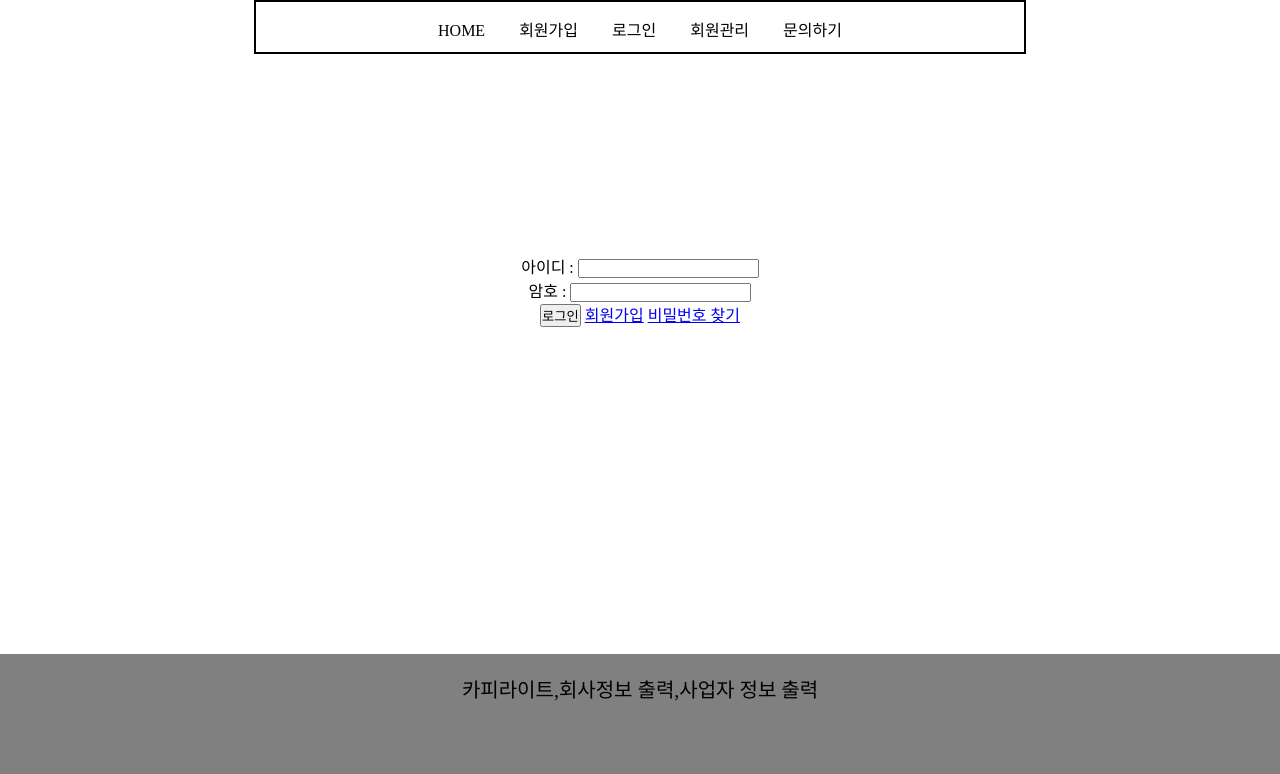
Repository: BangHoJung/jsp2
Page: http://localhost/MemberManager_0111__/member/login.jsp
An editor plug-in stored every save of this project. The page is shown before and after the next save, followed by the edit.
The browser window is 1280 px wide. The pictures show the whole page.
The page is served by Tomcat 9. Other server files are loaded and not shown.

Above is the page before, as saved 2021-01-12 05:20:52.

### MemberManager(0111~)/WebContent/member/login.jsp
<%@ page language="java" contentType="text/html; charset=UTF-8"
    pageEncoding="UTF-8"%>
<!DOCTYPE html>
<html>
<head>
<meta charset="UTF-8">
<title>Insert title here</title>
<script src="https://ajax.googleapis.com/ajax/libs/jquery/3.5.1/jquery.min.js"></script>
<script type="text/javascript">
	$(function() {

	});
</script>

<style type="text/css">
	* {
		margin:0;
		padding:0;
	}

	#container {
		width:100%;
		text-align: center;
	}

	nav {
		padding-top:200px;
		height: 400px;
	}

	button {
		display: inline-block;
	}
</style>
</head>
<body>
	<!-- header.jsp를 현재 문서에 포함 -->
	<div id="container">
		<jsp:include page="/template/header.jsp" flush="false"></jsp:include>

		<nav>
			<%
				boolean flag = false;
				if(session.getAttribute("login") != null)
					flag = (boolean)session.getAttribute("login");
				if(flag) {
					%>
					<%-- <%=session.getAttribute("name") %> 님이 로그인 하셨습니다.<br>
					<a href="<%=request.getContextPath() %>/member/process/logout_process.jsp">로그아웃</a> | <a href="<%=request.getContextPath() %>/member/member_update_view.jsp">정보수정</a> --%>
					<%
				}
				else { %>
					<form action="<%=request.getContextPath() %>/LoginServlet" method="post">
						아이디 : <input type="text" name="id">  <br>
						암호 : <input type="password" name="pass"> <br>
						<button type="submit">로그인</button>
						<a href="register.jsp" type="button">회원가입</a>
						<a href="find_pass.jsp" type="button" >비밀번호 찾기</a>
					</form>
				<%
				}
			%>

		</nav>

		<jsp:include page="/template/footer.jsp" flush="false"></jsp:include>

	</div>
</body>
</html>

### MemberManager(0111~)/WebContent/template/header.jsp
<%@ page language="java" contentType="text/html; charset=UTF-8"
    pageEncoding="UTF-8"%>
    <style>
		header {
			border:2px solid black;
			margin:0 auto;
			width:60%;
			height: 50px;
		}
		ul {
			list-style: none;
			text-align: center;
		}
		li {
			display: inline-block;
			padding: 15px 15px 0px 15px;
		}
		li a:link, li a:visited {
			text-decoration: none;
			color:black;
		}
		li a:hover {
			color:red;
		}

		#name {
			font-size:15px;
			color:blue;
			float:right;
			display: inline-block;
		}

		#name > img {
			width:30px;
			height: 30px;
		}

		#name span {
			padding-bottom:15px;
		}
	</style>

	<header>
		<ul>
			<li><a href="<%=request.getContextPath() %>/index.jsp">HOME</a></li>
			<%
				boolean flag = false;
				if(session.getAttribute("login") != null)  {
					flag = (boolean)session.getAttribute("login");
				}
				if(flag) {
					String name = (String)session.getAttribute("name");
					String grade = (String)session.getAttribute("grade");
					%>
					<li><a href="<%=request.getContextPath() %>/member/process/logout_process.jsp">로그아웃</a></li>
					<li><a href="<%=request.getContextPath() %>/member/member_update_view.jsp">회원정보변경</a></li>
					<%
					if(grade.equals("master") ) {
						%>
						<li><a href="<%=request.getContextPath() %>/manage/member_manage.jsp">회원관리</a></li>
						<%
					}
					%>
					<li><a href="#">문의하기</a></li>
					<!-- div로 구성해서 따로 배치 -->
					<li id="name"><img src="<%=request.getContextPath() %>/img/<%=grade%>.png"><span><%=name %>님 로그인 하셨습니다.</span></li>
					<%
				}
				else {
					%>
					<li><a href="<%=request.getContextPath() %>/member/register.jsp">회원가입</a></li>
					<li><a href="<%=request.getContextPath() %>/member/login.jsp">로그인</a></li>
					<li><a href="#">회원관리</a></li>
					<li><a href="#">문의하기</a></li>
					<%
				}
				%>
		</ul>
	</header>

### MemberManager(0111~)/WebContent/template/footer.jsp
<%@ page language="java" contentType="text/html; charset=UTF-8"
    pageEncoding="UTF-8"%>
    <style>
		footer {
			height: 100px;
			background-color: gray;
			text-align: center;
			font-size:20px;
			padding-top:20px;
		}
	</style>
	<footer>
		카피라이트,회사정보 출력,사업자 정보 출력
	</footer>

After the next save:
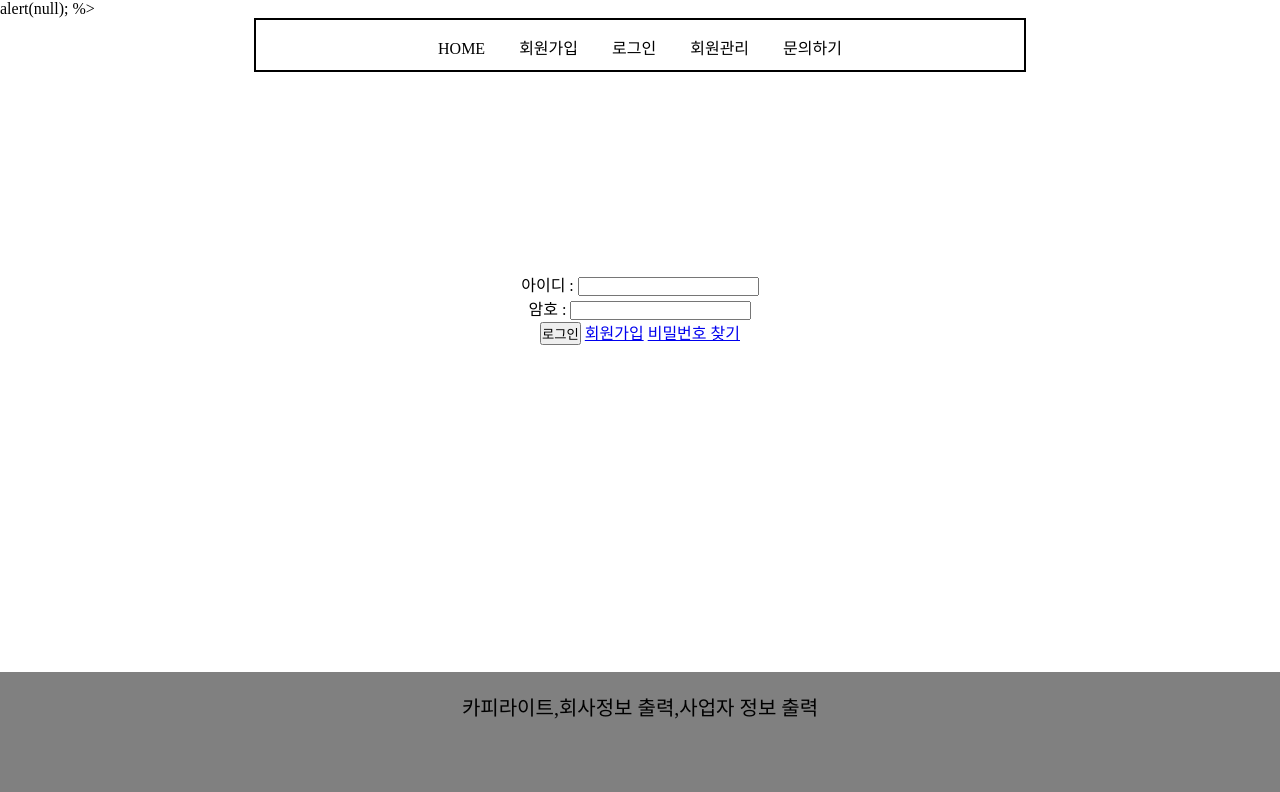
Saved 8 min 56 s later.
--- a/MemberManager(0111~)/WebContent/member/login.jsp
+++ b/MemberManager(0111~)/WebContent/member/login.jsp
@@ -34,7 +34,11 @@
 </style>
 </head>
 <body>
-	<!-- header.jsp를 현재 문서에 포함 -->
+	<% if(session.getAttribute("alert") != null)
+		%><script>
+			alert(<%=session.getAttribute("alert")%>);
+		</script>
+	%>
 	<div id="container">
 		<jsp:include page="/template/header.jsp" flush="false"></jsp:include>
 
